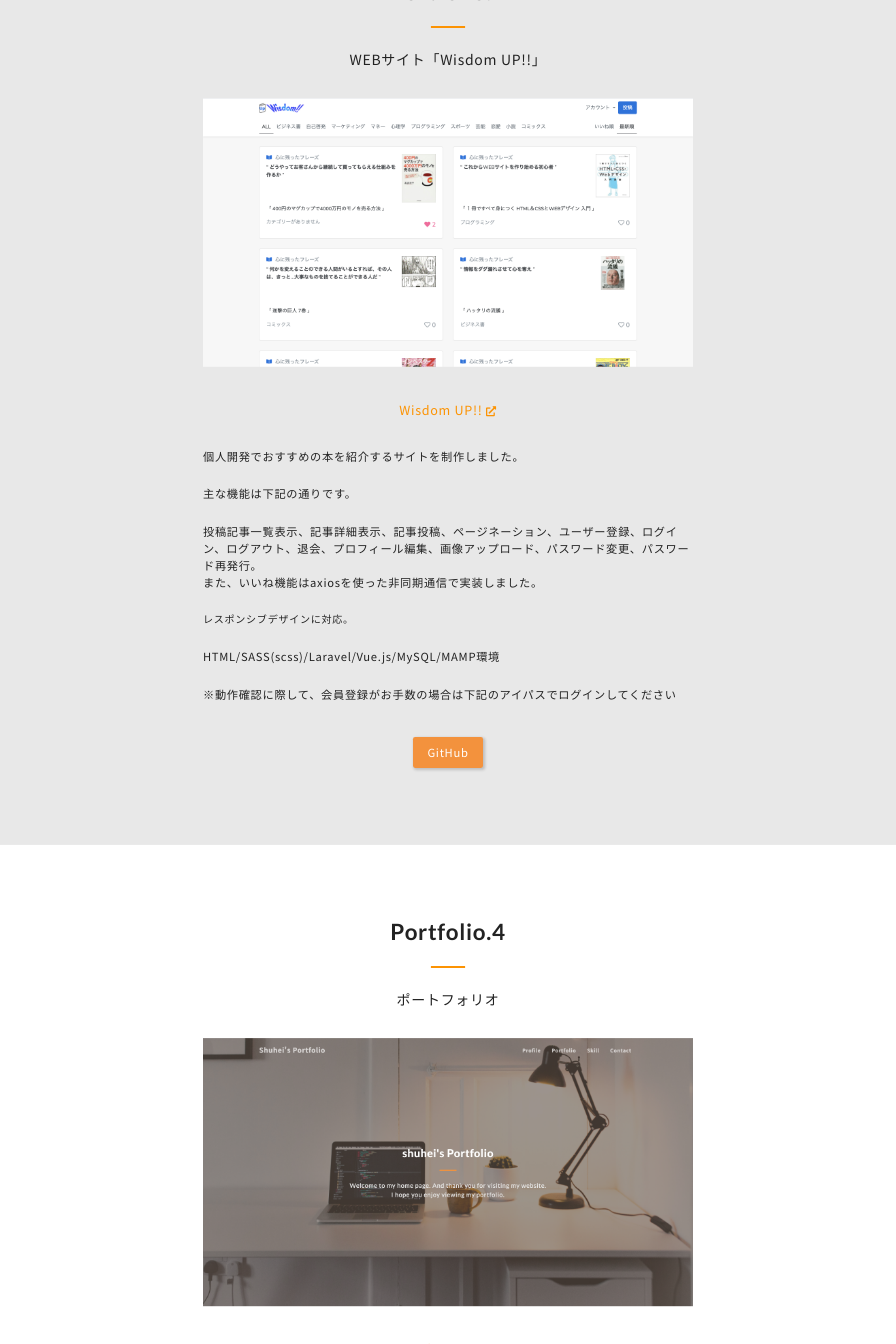
Repository: shuehi23/Portfolio
Page: portfolio/portfolio.html
The author's editor kept a copy of each file at every save. The page is drawn from the files as they stood at one save, then again after the next save.
The browser window is 1280 px wide. The pictures show the part of the page from y = 4580 to 6500 px (the page is 7088 px tall before and 7136 px after), at 70% of full size.
A picture or video elsewhere on the page could not be fetched, so the positions and the page height are approximate. Some web libraries are served in a nearby version.

Above is the page before, as saved 2020-10-24 10:23:45.

After the next save:
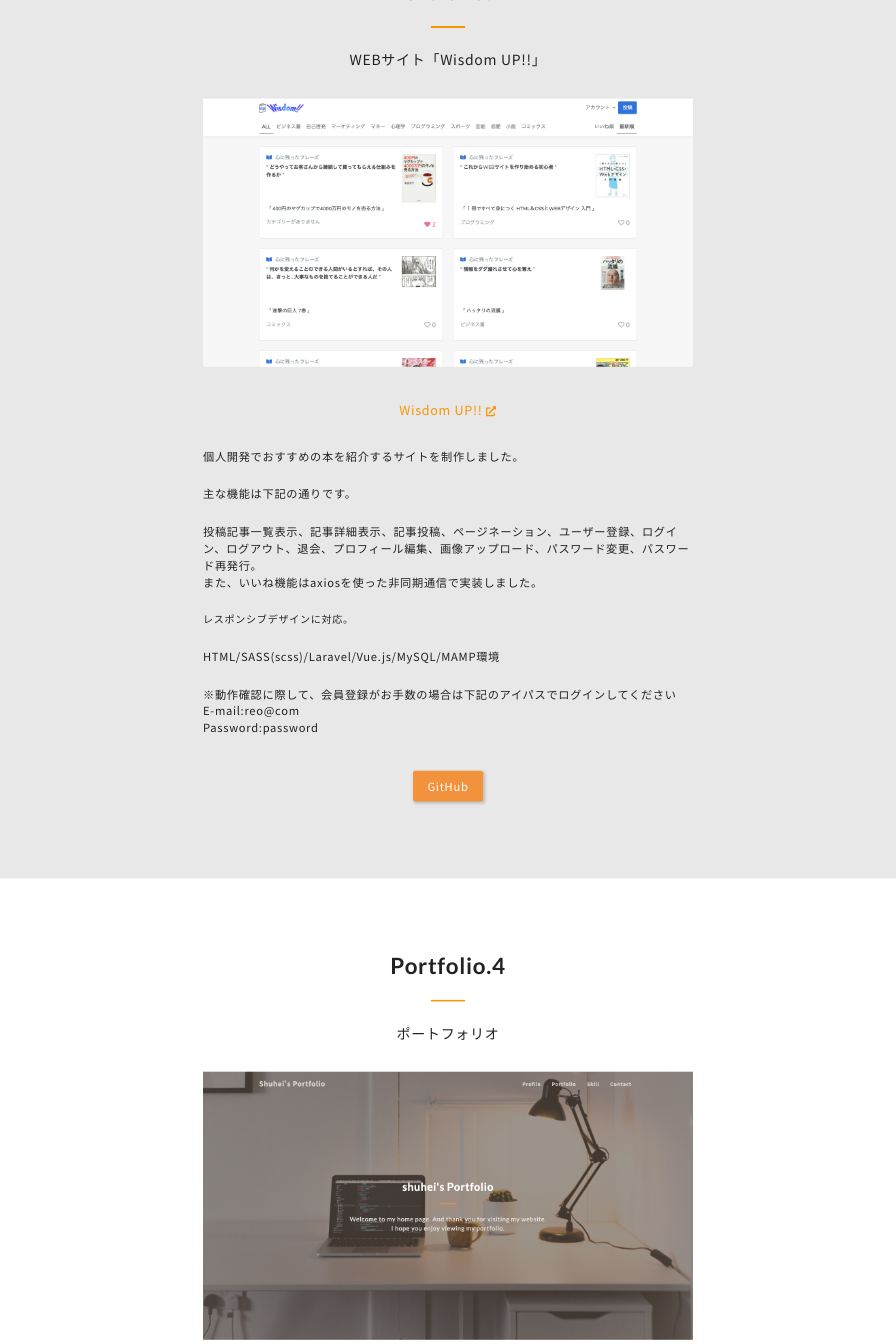
Saved 92 s later.
--- a/portfolio/portfolio.html
+++ b/portfolio/portfolio.html
@@ -169,7 +169,9 @@
                   HTML/SASS(scss)/Laravel/Vue.js/MySQL/MAMP環境
         </p>
         <p class="p-detail_text">
-                  ※動作確認に際して、会員登録がお手数の場合は下記のアイパスでログインしてください
+                  ※動作確認に際して、会員登録がお手数の場合は下記のアイパスでログインしてください<br>
+                  E-mail:reo@com<br>
+                  Password:password
         </p>
         <p class="p-detail_text c-btn--wrap">
           <a href="#" class="c-btn--link">GitHub</a>
